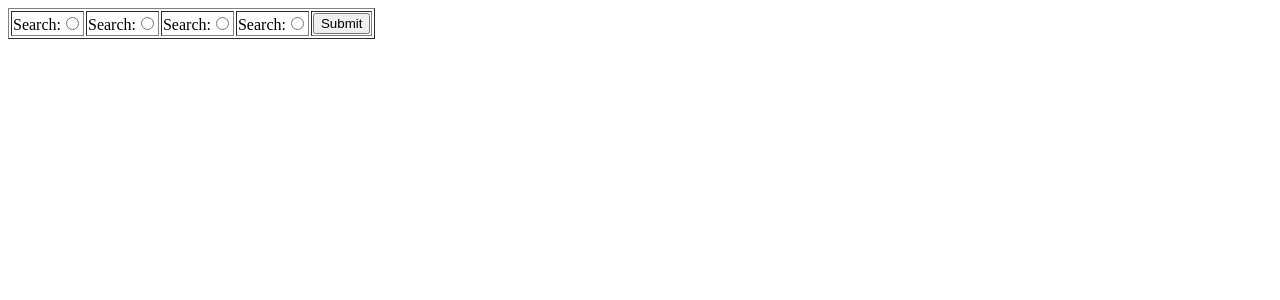
Repository: enrn/cyberCheck
Page: myFirstWebProject/WebContent/SearchEngine.html
The author's editor kept a copy of each file at every save. The page is drawn from the files as they stood at one save, then again after the next save.
The browser window is 1280 px wide. The pictures show the whole page.

Above is the page before, as saved 2017-09-23 00:57:05.

After the next save:
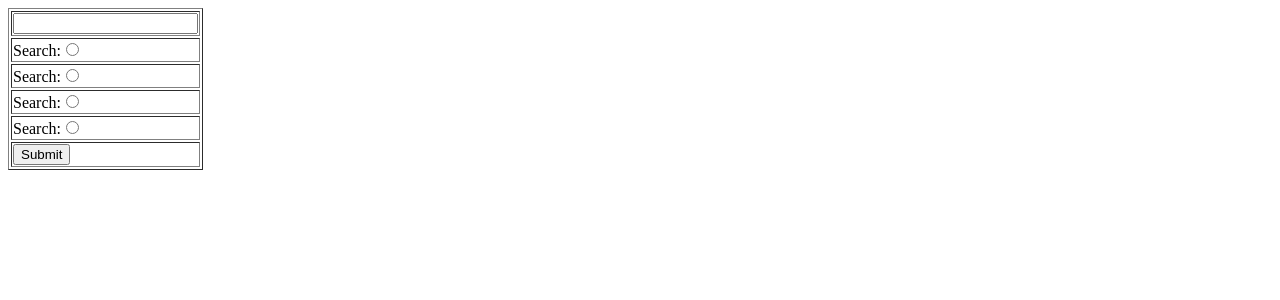
Saved 2 min 58 s later.
--- a/myFirstWebProject/WebContent/SearchEngine.html
+++ b/myFirstWebProject/WebContent/SearchEngine.html
@@ -7,17 +7,18 @@
 <body>
 	<form action="/myFirstWebProject/SearchEngineServlet/" method="get">
 		<table border=1>
+		<tr><td><input type="text" name="search"></td></tr>
 			<tr>
-				<td>Search:<input type="radio" name="name" value="google"></td>
-				<td>Search:<input type="radio" name="name" value="ebay"></td>
-				<td>Search:<input type="radio" name="name" value="yahoo"></td>
-				<td>Search:<input type="radio" name="name" value="bing"></td>
-				<td><input type="submit"></td>
-				</tr>
+				<td>Search:<input type="radio" name="name" value="google"></td> </tr>
+				<tr><td>Search:<input type="radio" name="name" value="ebay"></td></tr>
+				<tr><td>Search:<input type="radio" name="name" value="yahoo"></td></tr>
+				<tr><td>Search:<input type="radio" name="name" value="bing"></td></tr>
+				<tr><td><input type="submit"></td></tr>
+
 
 		</table>
 	</form>
-	</form>
+
 
 </body>
 </html>
